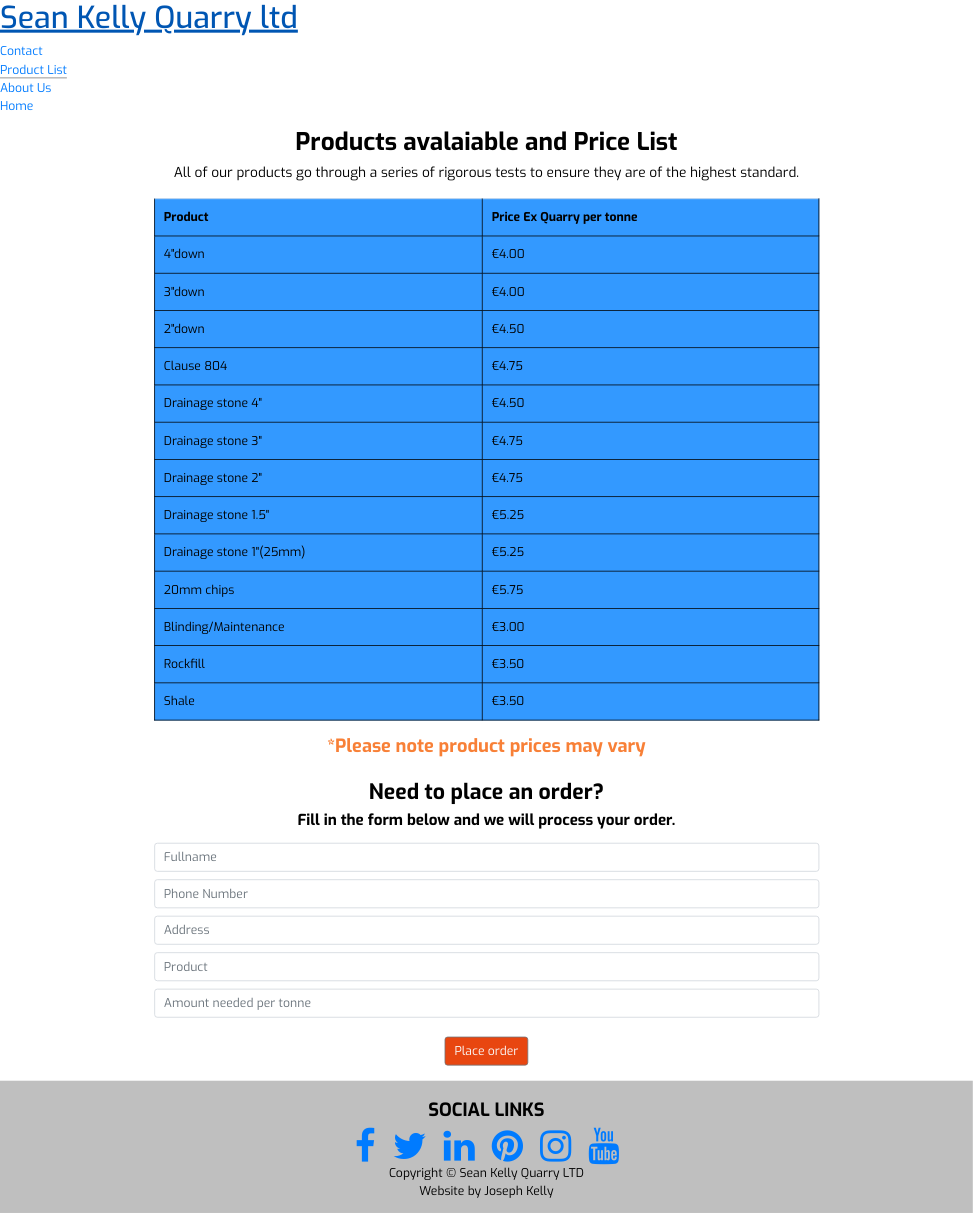
Repository: Code-Institute-Submissions/Sean-Kelly-Quarry
Page: product-list.html
The author's editor kept a record of every edit. The page is drawn from the files as they stood at one moment, then again after the next edit.
The browser window is 1280 px wide. The pictures show the whole page, at 76% of full size.

Above is the page before.

### product-list.html
<!DOCTYPE html>
<html lang="en">
<head>
    <meta charset="UTF-8">
    <meta name="viewport" content="width=device-width, initial-scale=1.0">
    <meta http-equiv="X-UA-Compatible" content="ie=edge">
    <link rel="stylesheet" href="https://stackpath.bootstrapcdn.com/bootstrap/4.4.1/css/bootstrap.min.css" type="text/css" />
    <link rel="stylesheet" href="https://stackpath.bootstrapcdn.com/font-awesome/4.7.0/css/font-awesome.min.css" type="text/css" />
    <link rel="stylesheet" href="assets/css/style.css" type="text/css" />
    <title>Sean Kelly Quarry</title>
</head>
<body>
    <header>                            <!-- inspired by love running mini project-->
        <a href="index.html">
            <h1 id="logo">Sean Kelly Quarry ltd</h1>
        </a>
        <nav>
            <ul id="menu">
                <li>
                    <a href="contact.html">Contact</a>
                </li>
                <li>
                    <a class="active" href="product-list.html">Product List</a>
                </li>
                <li>
                    <a href="about.html">About Us</a>
                </li>
                <li>
                    <a href="index.html">Home</a>
                </li>
            </ul>
        </nav>
    </header>
    <section class="container-fluid">
        <h2 class="product-heading">Products avalaiable and Price List</h2>
        <p class="product-note">All of our products go through a series of rigorous tests to ensure they are of the highest standard.</p>
        <table class="table" align="center">
           <tr>
               <th>
                   Product
               </th>
               <th>
                   Price Ex Quarry per tonne
               </th>
           </tr>
           <tr>
               <td>
                   4"down
               </td>
               <td>
                   €4.00
               </td>
           </tr>
           <tr>
                <td>
                   3"down
               </td>
               <td>
                   €4.00
               </td>
           </tr>
           <tr>
                <td>
                   2"down
               </td>
               <td>
                   €4.50
               </td>
           </tr>
           <tr>
                <td>
                   Clause 804
               </td>
               <td>
                   €4.75
               </td>
           </tr>
           <tr>
                <td>
                    Drainage stone 4"
                </td>
               <td>
                   €4.50
               </td>
           </tr>
           <tr>
                <td>
                   Drainage stone 3"
               </td>
               <td>
                   €4.75
               </td>
           </tr>
           <tr>
                <td>
                   Drainage stone 2"
               </td>
               <td>
                   €4.75
               </td>
           </tr>
           <tr>
                <td>
                   Drainage stone 1.5"
               </td>
               <td>
                   €5.25
               </td>
           </tr>
           <tr>
                <td>
                   Drainage stone 1"(25mm)
               </td>
               <td>
                   €5.25
               </td>
           </tr>
           <tr>
                <td>
                   20mm chips
               </td>
               <td>
                   €5.75
               </td>
           </tr>
           <tr>
                <td>
                   Blinding/Maintenance
               </td>
               <td>
                   €3.00
               </td>
           </tr>
           <tr>
                <td>
                   Rockfill
               </td>
               <td>
                   €3.50
               </td>
           </tr>
           <tr>
                <td>
                   Shale
               </td>
               <td>
                   €3.50
               </td>
           </tr>
        </table>
         <h4 class="product-disclaimer">*Please note product prices may vary</h4>
       <div class="queries-form">
           <h3>Need to place an order?</h3>
           <h5>Fill in the form below and we will process your order.</h5>
           <form class="form">
               <input type="text" name="name" id="name" class="form-control input" placeholder="Fullname" required/>
               <input type="tel" name="number" id="phonenumber" class="form-control input" placeholder="Phone Number" required/>
               <input type="text" name="address" id="address" class="form-control input" placeholder="Address" required/>
               <input type="text" name="product" id="product" class="form-control input" placeholder="Product" required/>
               <input type="text" name="tonne" id="tonne" class="form-control input" placeholder="Amount needed per tonne" required/>
               <div class="form-row text-center">
                   <div class="col">
                       <button type="submit" class="btn btn-secondary">Place order</button>
                   </div>
               </div>
           </form>
       </div>
    </section>
    <footer class="container-fluid">                         <!-- inspired by UCD resume mini project-->
        <div id="footer-details" class="row">
            <div class="col-sm">
                <h4 class="uppercase footer-info">Social Links</h4>
                <ul class="list-inline social-links">
                    <li class="list-inline-item">
                        <a target="_blank" href="#">
                            <i class="fa fa-facebook fa-3x" aria-hidden="true"></i>
                            <span class="sr-only">Facebook</span>
                        </a>
                    </li>
                    <li class="list-inline-item">
                        <a target="_blank" href="#">
                            <i class="fa fa-twitter fa-3x" aria-hidden="true"></i>
                            <span class="sr-only">Twitter</span>
                        </a>
                    </li>
                    <li class="list-inline-item">
                        <a target="_blank" href="#">
                            <i class="fa fa-linkedin fa-3x" aria-hidden="true"></i>
                            <span class="sr-only">LinkedIn</span>
                        </a>
                    </li>
                    <li class="list-inline-item">
                        <a target="_blank" href="#">
                            <i class="fa fa-pinterest fa-3x" aria-hidden="true"></i>
                            <span class="sr-only">pinterest</span>
                        </a>
                    </li>
                    <li class="list-inline-item">
                        <a target="_blank" href="#">
                            <i class="fa fa-instagram fa-3x" aria-hidden="true"></i>
                            <span class="sr-only">Instagram</span>
                        </a>
                    </li>
                    <li class="list-inline-item">
                        <a target="_blank" href="#">
                            <i class="fa fa-youtube fa-3x" aria-hidden="true"></i>
                            <span class="sr-only">Youtube</span>
                        </a>
                    </li>
                    <p class="copyright">Copyright &#169; Sean Kelly Quarry LTD</p>
                    <p>Website by Joseph Kelly</p>
                </ul>
            </div>
        </div>
    </footer>                                         <!-- inspired by UCD resume mini project-->
</body>
</html>

### assets/css/style.css
@import url('https://fonts.googleapis.com/css?family=Exo:100,200,300,400,500,600,700|Roboto:100,200,300,400,500,600,700&display=swap');

*{
    margin: 0;
    padding: 0;
    border: 0;
}

/* ---------------------------------------------header*/

body {
    font-family: "Exo";
    color: #777777;
}


#menu a:hover {
    border-bottom: 1px solid #777777;
}

.active {
    border-bottom: 1px solid #777777;
}

/* ---------------------------------------------hero image*/

@keyframes slideshow {
	10% {left: 0;}
	20% {left: 0;}
	30% {left: 0;}
	40% {left: -100%;}
	50% {left: -100%;}
	60% {left: -100%;}
	70% {left: -200%;}
	80% {left: -200%;}
	90% {left: -200%;}
	100% {left: -200%}
}


#slider{overflow:hidden;width:100%;margin:5px auto; border: 5px solid transparent;border-radius: 10px;}
#slider figure img{width:33.33%;height:700px;float:left;}
#slider figure{position:relative;width:300%;margin:0;left:0;text-align:left;animation:20s slideshow infinite}
@media screen and (max-width: 767px) {#slider {overflow: hidden; width: 100%; margin: 0 auto;}}

/* ---------------------------------------------about/meet*/

h3, h2, h4, h5 {
    font-family: "Exo", sans-serif;
    font-weight: bold;
    text-align: center;
    color: #000000;
}

.about {
    background-color: #3399ff;
    color: #000000;
    padding-top: 10px;
    text-align: center;
    overflow: hidden;
}

.about-info {
    margin-left: 15px;
    margin-right: 15px;
    padding-bottom: 10px;
}

.our-team {
    margin-top: 10px;
    padding-bottom: 20px;
}

.team {
   margin-top: 5px;
   margin-bottom: 5px;
   font-family: "Exo", sans-serif;
}

.team-border {
    overflow: hidden;
    border: outset 2px;
    border-radius: 200px;
    padding-left: 20px;
    padding-right: 20px;
}

.meet-icon {
    margin-top: 5px;
    margin-bottom: 5px;
}

.history {
    border: outset;
    border-radius: 100px;
    border-color: #000000;
}

.who-we-are {
    border: outset;
    border-radius: 100px;
    border-color: #000000;
}

.what-we-do {
    border: outset;
    border-radius: 100px;
    border-color: #000000;
}

.heading {
    padding-top: 10px;
}


/* ---------------------------------------------footer*/

footer {
    color: #000000;
    padding-top: 25px;
    background-color: #bfbfbf;
    display: inline-block;
}

.footer-info {
    font-weight: bold;
    text-align: center;
}

.list-inline-item {
    margin-left: 10px;
    margin-right: 10px;
}

.uppercase {
    text-transform: uppercase;
}

.social-links {
    text-align: center;
}

p {
    text-align: center;
    color: #000000;
}

.copyright {
    margin-bottom: 0;
}

/* ---------------------------------------------product list/order form*/

.table {
    width: 70%;
    margin-left: auto;
    margin-right: auto;
    margin-top: 20px;
    margin-bottom: 20px;
    background-color: #3399ff;
    color: #000000;
    border-collapse: collapse;
}

table, th, td {
  border: 1px solid black;
}

.product-heading {
    margin-top: 10px;
    color: #000000;
}

.product-note {
    font-size: large;
}

.product-disclaimer {
    color: #f88037;
    text-align: center;
    padding-bottom: 20px;
}

.order-form {
    font-family: "Exo", sans-serif;
    color: #000000;
    padding-top: 20px;
    display: block;
    text-align: center;
    background-color: #4d94ff;
}

/* ---------------------------------------------contact*/


.mapouter{
    position: relative;
    text-align: center;
    height: 400px;
    width: 100%;
    margin-top: 20px;
}

.gmap_canvas {
    overflow: hidden;
    background: none!important;
    height: 400px;
    width: 60%;
    margin-left: 20%;
    margin-right: 20%;
    border: outset;
    border-color: #3399ff;;
}

.contact-info {
    font-family: "Exo", sans-serif;
    color: #000000;
    text-align: center;
    margin-top: 80px;
}

button[type="submit"] {
    margin-top: 15px;
    margin-bottom: 20px;
    color: #fafafa;
    background-color: #e84610;
}


.form {
    display: inline-block;
    margin-left: 15%;
    margin-right: 15%;
    width: 70%;
}

.input {
    margin-top: 10px;
    margin-bottom: 10px;
}

.contact-section {
    margin-top: 25px;
    background-color: #3399ff;
    padding-bottom: 20px;
}

.contact {
    border: outset;
    border-radius: 200px;
    border-color: #000000;
}

.form-section {
    padding-top: 20px;
}

/* ---------------------------------------------media queries*/

@media(min-width: 992px) {
    .center-form {
        padding-top: 30px;
        min-height: 240px;
        margin: 0 auto;
        max-width: 50%;
    }
}

After the next edit:
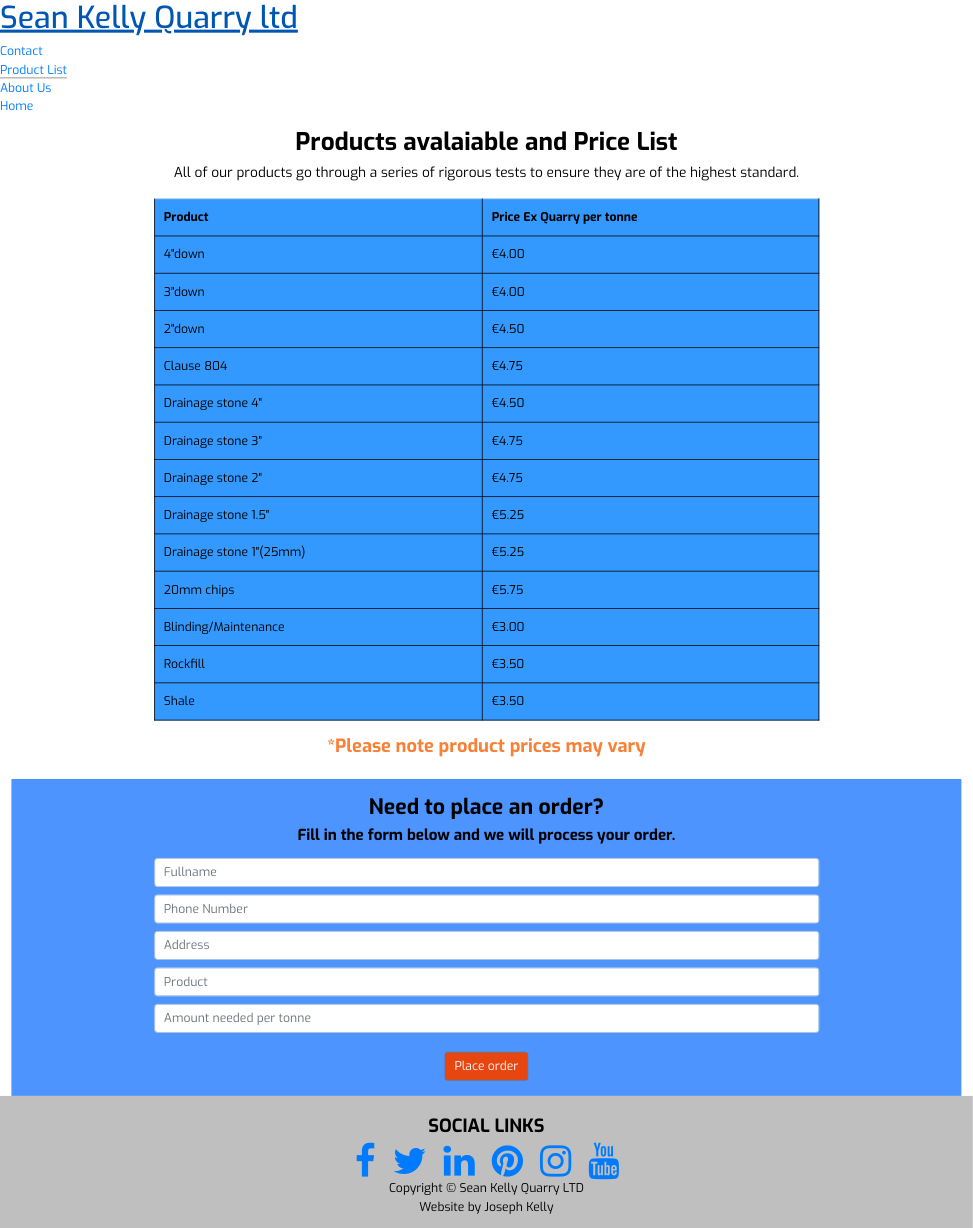
The edit:
--- a/product-list.html
+++ b/product-list.html
@@ -149,7 +149,7 @@
            </tr>
         </table>
          <h4 class="product-disclaimer">*Please note product prices may vary</h4>
-       <div class="queries-form">
+       <div class="order-form">
            <h3>Need to place an order?</h3>
            <h5>Fill in the form below and we will process your order.</h5>
            <form class="form">
